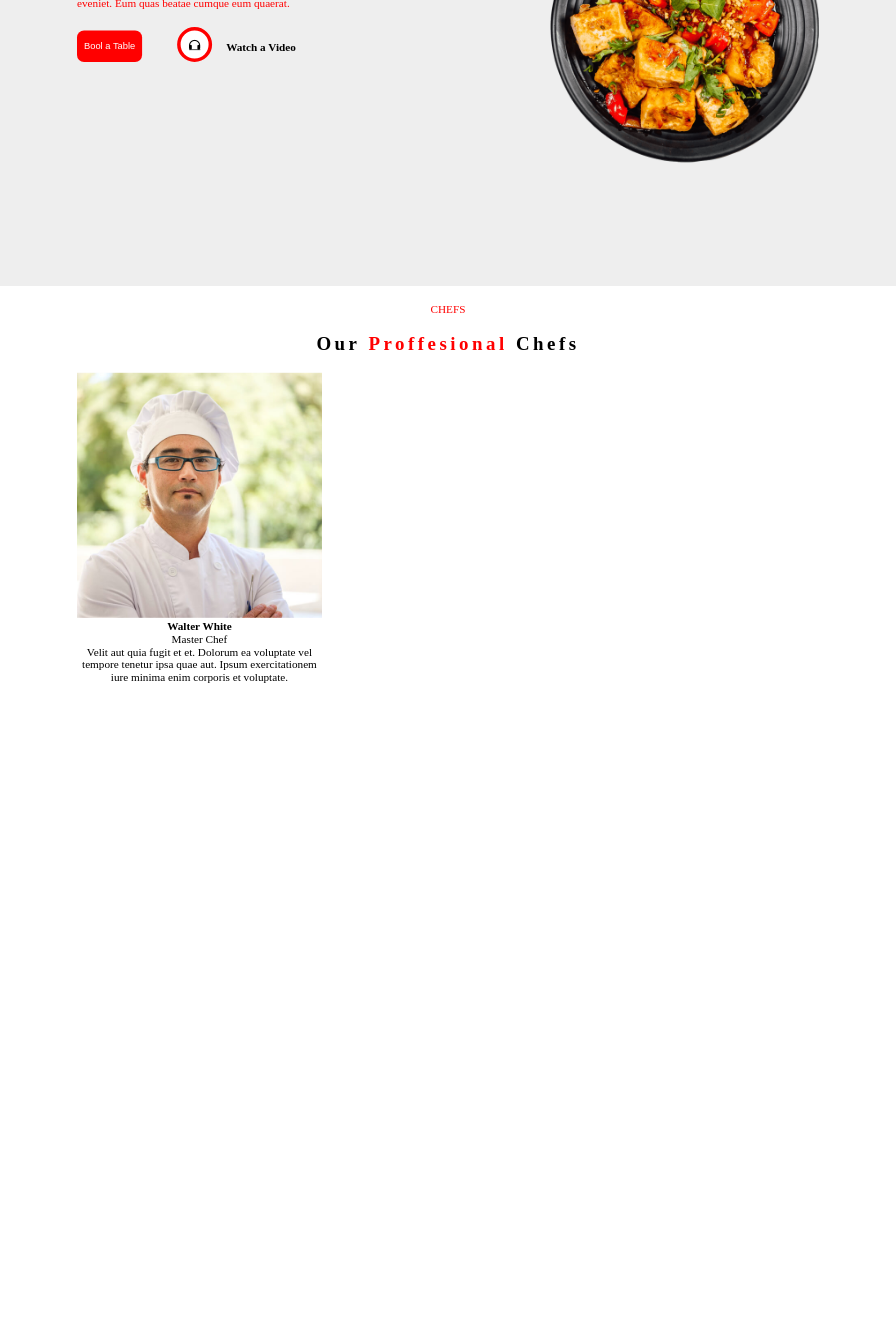
Repository: Ahmedalid/New-project
Page: Rout/index.html
The author's editor kept a copy of each file at every save. The page is drawn from the files as they stood at one save, then again after the next save.
The browser window is 1280 px wide. The pictures show the part of the page from y = 392 to 2312 px (the page is 5000 px tall), at 70% of full size.

Above is the page before, as saved 2023-06-04 20:04:57.

After the next save:
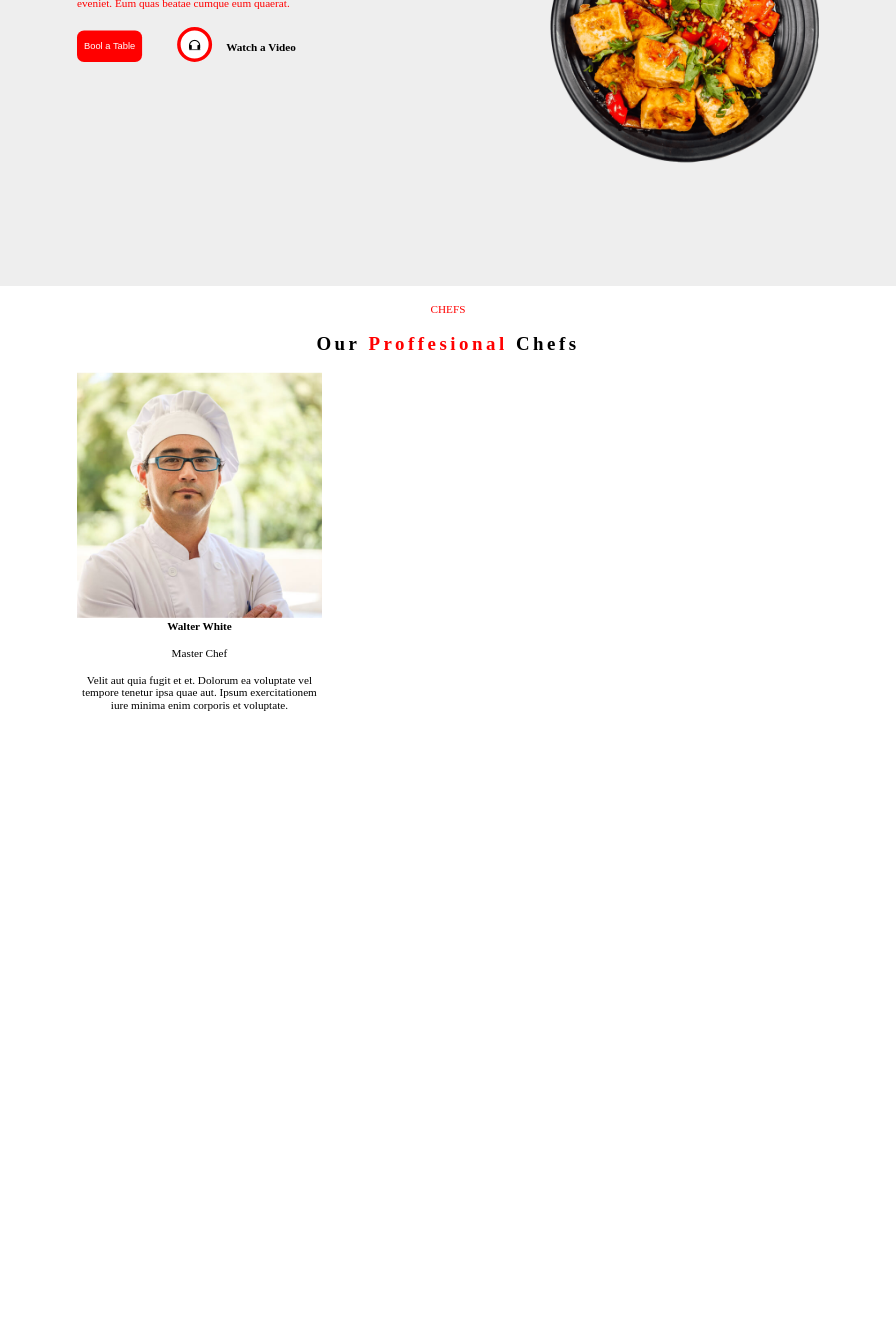
Saved 6 s later.
--- a/Rout/index.html
+++ b/Rout/index.html
@@ -69,8 +69,8 @@
             <div class="">
                 <img src="img/chefs-3.jpg" alt="">
                 <h4 class="text-center">Walter White </h4>
-                <p class="text-center">Master Chef</p>
-                <p class="text-center">
+                <p class="text-center mt-1">Master Chef</p>
+                <p class="text-center mt-1">
                     Velit aut quia fugit et et. Dolorum ea voluptate vel
                      tempore tenetur ipsa quae aut. Ipsum
                     exercitationem iure minima enim corporis et voluptate.
